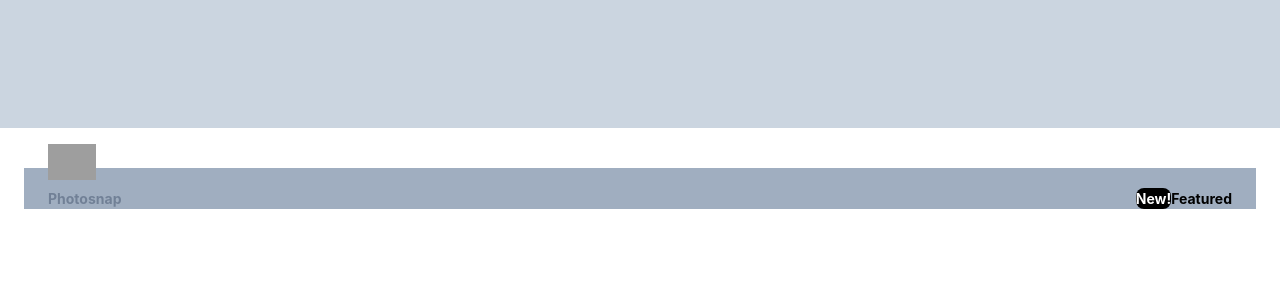
Repository: asongdon/frontendmentor-joblisting
Page: /
The author's editor kept a copy of each file at every save. The page is drawn from the files as they stood at one save, then again after the next save.
The browser window is 1280 px wide. The pictures show the whole page.
Pictures or frames that could not be fetched are drawn as grey boxes. The project was rebuilt for these pictures with package versions that can differ from the ones it lists, and the page was loaded fresh each time. The framework's server and built-in components were replaced by stand-ins that run in the browser. Also part of the build but not shown: nuxt.config.js.

Above is the page before, as saved 2020-04-12 18:40:22.

After the next save:
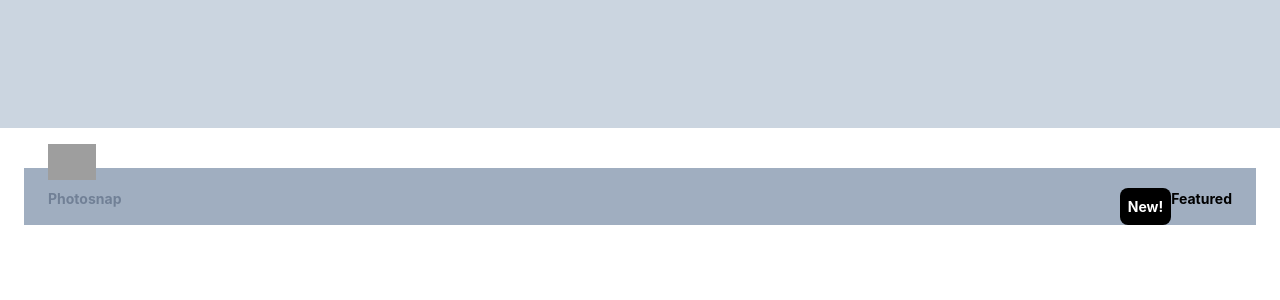
Saved 6 s later.
--- a/components/Maincard.vue
+++ b/components/Maincard.vue
@@ -6,7 +6,7 @@
     <div class="flex justify-between px-6">
       <div class="text-sm font-bold text-gray-600">Photosnap</div>
       <div class="flex text-sm font-bold">
-        <div class="bg-black text-white rounded-lg">New!</div>
+        <div class="bg-black text-white rounded-lg p-2">New!</div>
         <div>Featured</div>
       </div>
     </div>
